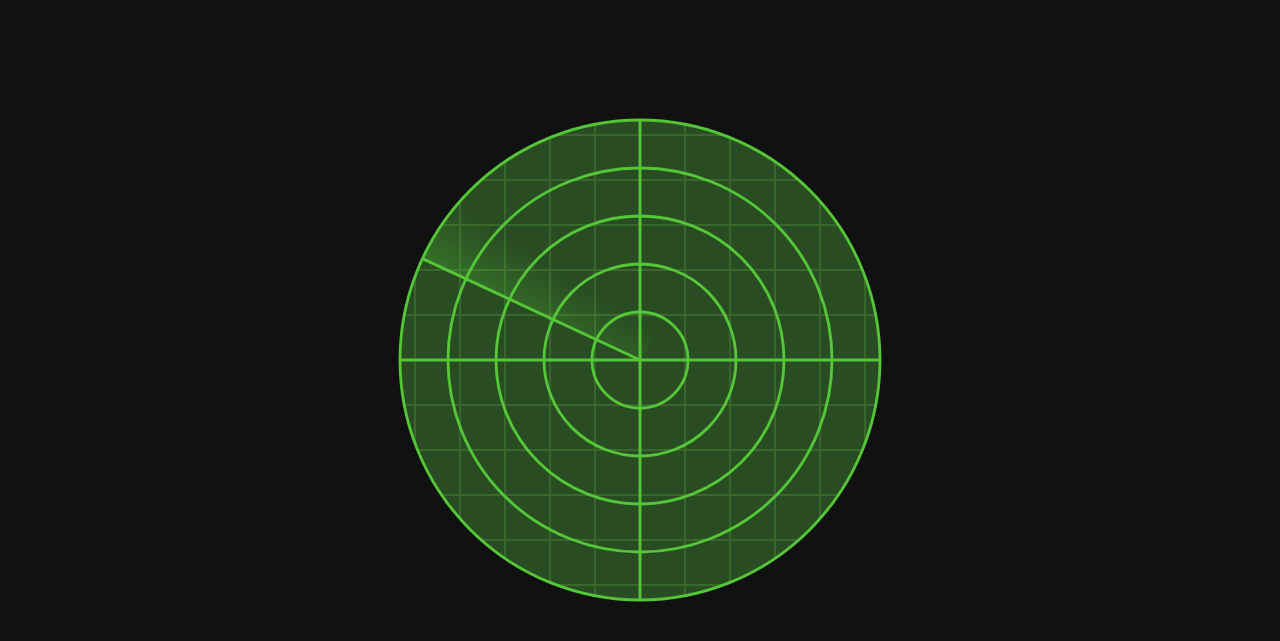
Repository: pedro-mancano/ProjetoCDM204
Page: scripts/radar.html
An editor plug-in stored every save of this project. The page is shown before and after the next save, followed by the edit.
The browser window is 1280 px wide. The pictures show the whole page.

Above is the page before, as saved 2024-11-27 09:17:32.

### scripts/radar.html
<html>

<head>
  <title>Radars</title>
  <link rel="stylesheet" type="text/css" href="./radar.css">
</head>

<body>
  <div class="radar">
    <canvas id="radarCanvas" width="400" height="400"></canvas>
  </div>
  <script src="./radar.js"></script>

</html>

### scripts/radar.css
html,
body {
  background-color: #111;
  height: 100%;
  margin: 0;
  width: 100%;
}

.radar {
  height: 100%;
  width: 100%;
  display: flex;
}

#radarCanvas {
  margin: auto;
  position: relative;
}

### scripts/radar.js
const canvas = document.getElementById('radarCanvas');
const ctx = canvas.getContext('2d');
let lastDraw = performance.now();

size = Math.min(window.innerWidth, window.innerHeight);

ctx.canvas.width = size;
ctx.canvas.height = size;

scaleFactor = size / 500;

angle = 5;

function draw(elapsed) {
  ctx.clearRect(0, 0, canvas.width, canvas.height);

  angle += 0.5;

  const height = canvas.height;
  const width = canvas.width;
  const r = canvas.height / 3;
  const R = canvas.height / 2;


  // Draw the radar circle
  ctx.fillStyle = '#294c22';
  ctx.beginPath();
  ctx.arc(R, R, r, 0, 2 * Math.PI);
  ctx.fill();

  //
  ctx.strokeStyle = '#3a682e';
  ctx.lineWidth = scaleFactor;
  for (let i = 0; i < 2 * R; i += R / 8) {
    for (let j = 0; j < 2 * R; j += R / 8) {
      ctx.beginPath();
      ctx.moveTo(i, 0);
      ctx.lineTo(i, 2 * R);
      ctx.stroke();
      ctx.beginPath();
      ctx.moveTo(0, j);
      ctx.lineTo(2 * R, j);
      ctx.stroke();
    }
  }

  // Clear the outside circle
  ctx.globalCompositeOperation = 'destination-in';
  ctx.fillStyle = '#FFFFFF';
  ctx.beginPath();
  ctx.arc(R, R, r, 0, 2 * Math.PI);
  ctx.fill();
  ctx.globalCompositeOperation = 'source-over';


  // Draw grid lines (4 lines, 90 degrees apart)
  ctx.strokeStyle = '#54c638';
  ctx.lineWidth = 2 * scaleFactor;
  for (let i = 0; i < 360; i += 90) {
    ctx.beginPath();
    ctx.moveTo(R, R);
    ctx.lineTo(R + r * Math.cos(i * Math.PI / 180), R + r * Math.sin(i * Math.PI / 180));
    ctx.stroke();
  }

  // Circle outlines 5
  for (let i = 0; i < 6; i++) {
    ctx.beginPath();
    ctx.arc(R, R, r / 5 * i, 0, 2 * Math.PI);
    ctx.stroke();
  }

  // Draw the radar sweep
  ctx.strokeStyle = '#54c638';
  ctx.lineWidth = 2 * scaleFactor;
  ctx.beginPath();
  ctx.moveTo(R, R);
  ctx.lineTo(R + r * Math.cos(-angle * Math.PI / 180), R + r * Math.sin(-angle * Math.PI / 180));
  ctx.stroke();

  // Draw the radar arc sweep (15 deg) low opacity
  const startX = R + r * Math.cos(-angle * Math.PI / 180);
  const startY = R + r * Math.sin(-angle * Math.PI / 180);
  const endX = R + r * Math.cos((-angle + 15) * Math.PI / 180);
  const endY = R + r * Math.sin((-angle + 15) * Math.PI / 180);

  // Create a linear gradient
  const gradient = ctx.createLinearGradient(startX, startY, endX, endY);
  gradient.addColorStop(0, '#54c638'); // Start with red
  gradient.addColorStop(1, '#54c63800'); // End with blue

  ctx.fillStyle = gradient;
  ctx.lineWidth = 2 * scaleFactor;
  ctx.globalAlpha = 0.3;
  ctx.beginPath();
  ctx.moveTo(R, R);
  ctx.arc(R, R, r, -angle * Math.PI / 180, (-angle + 100) * Math.PI / 180);
  ctx.fill();
  ctx.globalAlpha = 1;
}

function drawLoop() {
  draw(performance.now() - lastDraw);
  lastDraw = performance.now();
  requestAnimationFrame(drawLoop);
}

requestAnimationFrame(drawLoop);

After the next save:
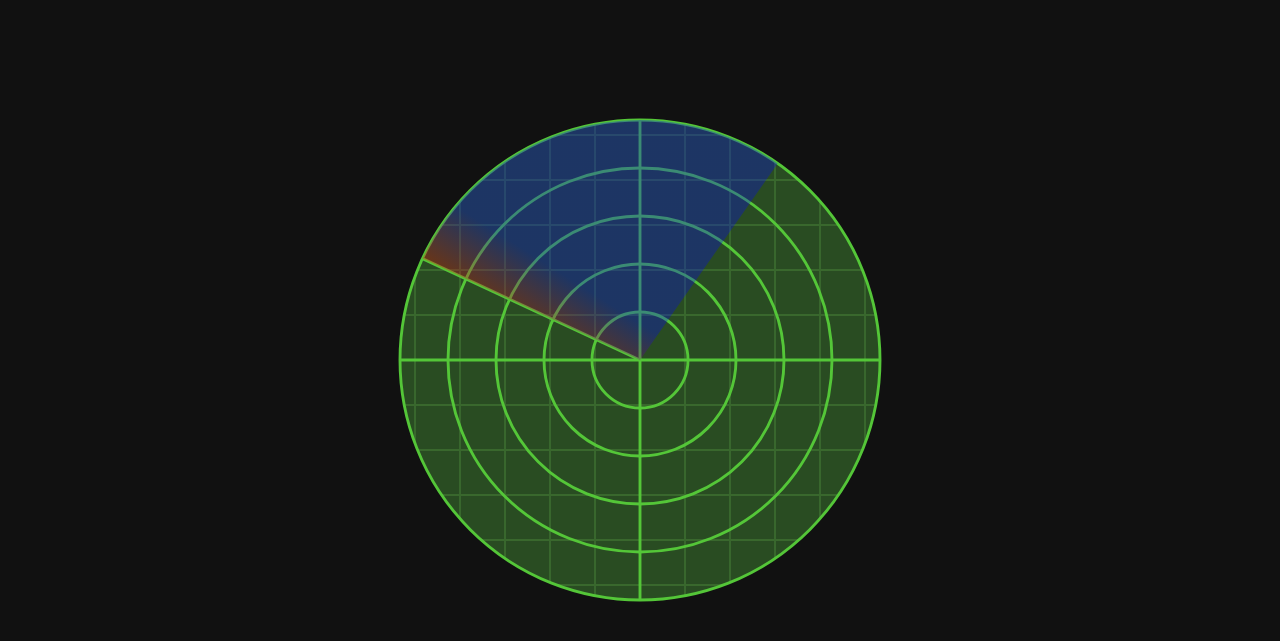
Saved 16 s later.
--- a/scripts/radar.js
+++ b/scripts/radar.js
@@ -86,8 +86,8 @@ function draw(elapsed) {
 
   // Create a linear gradient
   const gradient = ctx.createLinearGradient(startX, startY, endX, endY);
-  gradient.addColorStop(0, '#54c638'); // Start with red
-  gradient.addColorStop(1, '#54c63800'); // End with blue
+  gradient.addColorStop(0, 'red'); // Start with red
+  gradient.addColorStop(1, 'blue'); // End with blue
 
   ctx.fillStyle = gradient;
   ctx.lineWidth = 2 * scaleFactor;
